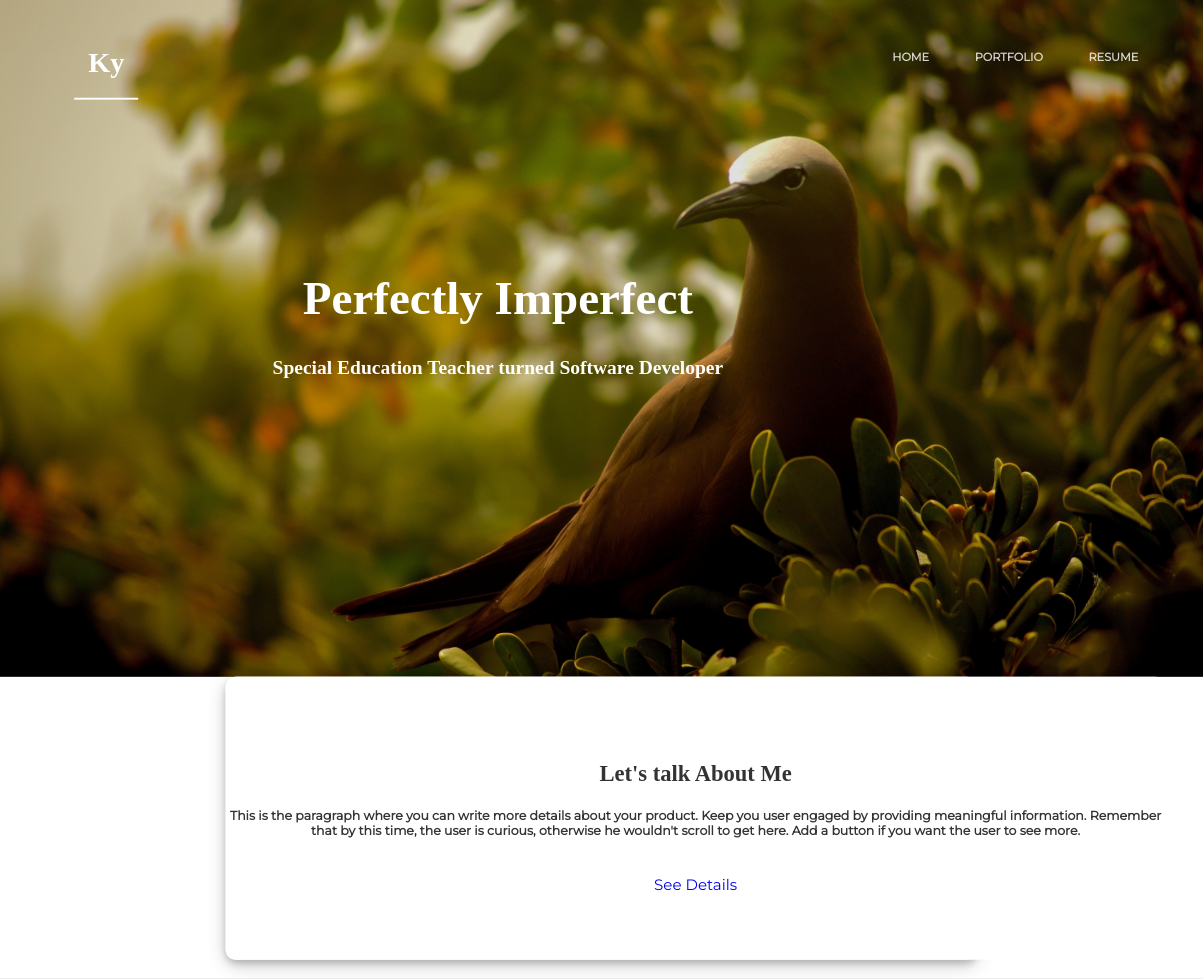
Repository: kkyler24/Perfectly-Imperfect
Page: / (app in imperfect/)
The author's editor kept a copy of each file at every save. The page is drawn from the files as they stood at one save, then again after the next save.
The browser window is 1280 px wide. The pictures show the whole page, at 94% of full size.
Some web fonts or font styles are not loaded; a fallback is used. The project was rebuilt for these pictures with package versions that can differ from the ones it lists, and the page was loaded fresh each time.

Above is the page before, as saved 2020-07-23 22:54:32.

### imperfect/public/index.html
<!DOCTYPE html>
<html lang="en">
  <head>
    <meta charset="utf-8" />
    <link rel="icon" href="%PUBLIC_URL%/favicon.ico" />
    <meta name="viewport" content="width=device-width, initial-scale=1" />
    <meta name="theme-color" content="#000000" />
    <meta
      name="description"
      content="Web site created using create-react-app"
    />
    <link rel="apple-touch-icon" href="%PUBLIC_URL%/logo192.png" />

    <link rel="manifest" href="%PUBLIC_URL%/manifest.json" />

    <link
      href="https://fonts.googleapis.com/css2?family=Montserrat&family=Petit+Formal+Script&display=swap"
      rel="stylesheet"
    />

    <title>React App</title>
  </head>
  <body>
    <noscript>You need to enable JavaScript to run this app.</noscript>
    <div id="root"></div>
  </body>
</html>

### imperfect/src/App.js
import React from "react";
import logo from "./logo.svg";
import "./App.css";
import Nav from "./Components/navbarComponent/navbar.js";
import PGHeader from "./Components/Headerindex/header.js";
import AboutMe from "./Components/aboutMeIndex/aboutme.js";

function App() {
  return (
    <div className="App">
      <Nav />
      <PGHeader />
      <AboutMe />
    </div>
  );
}

export default App;

### imperfect/src/App.css
body {
  color: #66615b;
  font-size: 16px;
  font-weight: 300;
  font-family: Montserrat, Helvetica, Arial, sans-serif;
  box-sizing: border-box;
  display: block;
}

.App-header {
  background-color: #282c34;
  min-height: 100vh;
  display: flex;
  flex-direction: column;
  align-items: center;
  justify-content: center;
  font-size: calc(10px + 2vmin);
  color: white;
}

.App-link {
  color: #61dafb;
}

@keyframes App-logo-spin {
  from {
    transform: rotate(0deg);
  }
  to {
    transform: rotate(360deg);
  }
}

### imperfect/src/Components/navbarComponent/navbar.js
import React from "react";
import "./navbar.css";

function NavBar() {
  return (
    <div>
      <nav
        color-on-scroll="300"
        class="fixed-top navbar-transparent navbar navbar-expand-lg"
      >
        <div class="container-fluid">
          <div class="navbar-translate">
            <a
              id="Kytitle"
              data-placement="bottom"
              target="_blank"
              title="Coded by Creative Tim"
              class="navbar-brand"
              href="#/index"
            >
              Ky
            </a>
            <button aria-expanded="false" class="navbar-toggler navbar-toggler">
              <span class="navbar-toggler-bar bar1"></span>
              <span class="navbar-toggler-bar bar2"></span>
              <span class="navbar-toggler-bar bar3"></span>
            </button>
          </div>
          <div class="justify-content-end collapse navbar-collapse">
            <ul class="navbar-nav">
              <li class="nav-item">
                <a
                  data-placement="bottom"
                  href="https://www.linkedIn"
                  target="_blank"
                  title="Let's connect on LinkedIn"
                  class="nav-link"
                >
                  {/* <i class="fa fa-linkedIn"></i> */}
                </a>
              </li>
              <li class="nav-item">
                <a
                  data-placement="bottom"
                  href="https://www.linkedIn"
                  target="_blank"
                  title="Let's connect on LinkedIn"
                  class="nav-link"
                >
                  {/* <i class="fa fa-linkedIn"></i> */}
                </a>
              </li>
              <li class="nav-item">
                <a
                  data-placement="bottom"
                  href="https://twitter.com/CreativeTim?ref=creativetim"
                  target="_blank"
                  title="Follow us on Twitter"
                  class="nav-link"
                >
                  {/* <i class="fa fa-twitter"></i> */}
                  <p class="d-lg-none"></p>
                </a>
                <li class="nav-item mr-2rem">
                  <a
                    data-placement="bottom"
                    href="https://www.github.com/CreativeTimOfficial?ref=creativetim"
                    target="_blank"
                    title="Star on GitHub"
                    class="nav-link"
                  >
                    {/* <i class="fa fa-github"></i> */}
                    <p class="d-lg-none"></p>
                  </a>
                </li>
              </li>
              <li class="nav-item">
                <a class="nav-link" href="#/index">
                  <i class="nc-icon nc-layout-11"></i> Home
                </a>
              </li>
              <li class="nav-item">
                <a class="nav-link" href="#/index">
                  <i class="nc-icon nc-layout-11"></i> Portfolio
                </a>
              </li>
              <li class="nav-item">
                <a target="_blank" class="nav-link" href="#/documentation">
                  <i class="nc-icon nc-book-bookmark"></i> Resume
                </a>
              </li>

              <li class="nav-item">
                <a
                  data-placement="bottom"
                  href="https://www.github.com/CreativeTimOfficial?ref=creativetim"
                  target="_blank"
                  title="Star on GitHub"
                  class="nav-link"
                >
                  {/* <i class="fa fa-github"></i> */}
                  <p class="d-lg-none"></p>
                </a>
              </li>
            </ul>
          </div>
        </div>
      </nav>
    </div>
  );
}
export default NavBar;

### imperfect/src/Components/Headerindex/header.js
import React from "react";
import "./Indexheader.css";

function PageHeader(props) {
  return (
    <div id="background" className="page-header" data-parallax="true">
      <div className="filter"></div>
      <div className="headerContainer">
        <div className="motto text-center">
          <h1>Perfectly Imperfect</h1>
          <h5>Special Education Teacher turned Software Developer</h5>
          <br />
        </div>
      </div>
    </div>
  );
}
export default PageHeader;

### imperfect/src/Components/aboutMeIndex/aboutme.js
import React from "react";
import "./aboutme.css";

function Aboutme() {
  return (
    <div className=" card aboutMain">
      <div className="sectionAB text-center">
        <div className="ABcontainer">
          <div class="row">
            <div class="ml-auto mr-auto col-md-8">
              <h2 class="titleAB">Let's talk About Me</h2>
              <h5 class="descriptionAB">
                This is the paragraph where you can write more details about
                your product. Keep you user engaged by providing meaningful
                information. Remember that by this time, the user is curious,
                otherwise he wouldn't scroll to get here. Add a button if you
                want the user to see more.
              </h5>
              <br />
              <a href="#pablo" class="btn-round btn btn-info">
                See Details
              </a>
            </div>
          </div>
        </div>
      </div>
    </div>
  );
}
export default Aboutme;

### imperfect/src/Components/navbarComponent/navbar.css
/* navbar */
#Kytitle {
  font-family: "Petit Formal Script", cursive;
  font-size: 30px;
  color: #fff;
  border-bottom: solid 2px rgb(255, 255, 255);
  text-transform: capitalize;
}

.navbar.navbar-transparent {
  background: transparent !important;
  padding-top: 25px;
  box-shadow: none;
}

.navbar.navbar-transparent .navbar-brand {
  color: rgb(20, 3, 3);
}

.navbar .navbar-brand {
  font-weight: 600;
  margin: 5px 0;
  padding: 20px 15px;
  font-size: 14px;
  text-transform: uppercase;
}

.navbar-nav {
  display: flex;
  flex-direction: column;
  padding-left: 0;
  margin-bottom: 0;
  list-style: none;
}
.navbar-brand {
  display: inline-block;
  padding-top: 0.3125rem;
  padding-bottom: 0.3125rem;
  margin-right: 1rem;
  font-size: 1.25rem;
  line-height: inherit;
  white-space: nowrap;
}

.navbar {
  border: 0;
  font-size: 14px;
  padding: 0;
  font-family: "Montserrat", "Helvetica", Arial, sans-serif;
  font-weight: 300;
  align-items: center;
  display: flex;
}
.navbar > .container-fluid {
  display: flex;
  flex-wrap: wrap;
  align-items: center;
  justify-content: space-between;
}

.nav-link {
  display: block;
}

.navbar-toggler {
  padding: 0.25rem 0.75rem;
  font-size: 1.25rem;
  line-height: 1;
  background-color: transparent;
  border: 1px solid transparent;
  border-radius: 0.25rem;
}
button {
  text-transform: none;
  overflow: visible;
  -webkit-font-smoothing: antialiased;
  font-family: "Montserrat", "Helvetica", Arial, sans-serif;
  font-weight: 300;
  margin: 0;
  text-rendering: auto;
  color: -internal-light-dark(buttontext, rgb(170, 170, 170));
  letter-spacing: normal;
  word-spacing: normal;
  text-indent: 0px;
  text-shadow: none;
  display: inline-block;
  text-align: center;
  align-items: flex-start;
  font: 400 13.3333px Arial;
}
.navbar .navbar-toggler .navbar-toggler-bar {
  display: block;
  position: relative;
  width: 24px;
  height: 2px;
  border-radius: 1px;
  margin: 0 auto;
}

.navbar.navbar-transparent .navbar-toggler .navbar-toggler-bar {
  background: #fff !important;
}

.navbar-transparent .navbar-nav .nav-item .nav-link:not(.btn) {
  color: #fff;
  border-color: #fff;
}

.navbar .navbar-toggler .navbar-toggler-bar + .navbar-toggler-bar {
  margin-top: 4px;
}

.navbar .navbar-nav .nav-item .nav-link {
  line-height: 1.6;
  margin: 15px 3px;
  padding: 10px 15px;
  opacity: 0.8;
  font-size: 12px;
  text-transform: uppercase;
  font-weight: 600;
}

.navbar .navbar-nav .nav-item .nav-link p {
  margin: 0;
  text-transform: uppercase;
  font-weight: 600;
  font-size: 12px;
  line-height: 1.5em;
  padding: 15px 0;
}

button:not(:disabled) {
  cursor: pointer;
}

.container-fluid {
  width: 100%;
  padding-right: 15px;
  padding-left: 15px;
  margin-right: 0%;
  margin-left: 5%;
}

.fixed-top {
  position: fixed;
  right: 0;
  left: 0;
  z-index: 1030;
  /* not needed for fixed bottom */
  top: 0;
}

a {
  text-decoration: none;
  background-color: transparent;
}

.collapse:not(.show) {
  display: none;
}

.justify-content-end,
ul {
  justify-content: flex-end !important;
}

.navbar-collapse {
  flex-basis: 100%;
  flex-grow: 1;
  align-items: center;
}

ul {
  margin-top: 0;
}

.navbar .navbar-nav .nav-item .nav-link [class^="fa"] {
  font-size: 17px;
  position: relative;
  right: 5px;
}
.fa {
  width: 18px;
  text-align: center;
}
.fa {
  display: inline-block;
  font: normal normal normal 14px/1 FontAwesome;
  text-rendering: auto;
  -webkit-font-smoothing: antialiased;
}

.nc-icon {
  display: inline-block;
  font: normal normal normal 14px/1 "nucleo-icons";
  font-size: inherit;
  text-transform: none;
  -webkit-font-smoothing: antialiased;
}

.nc-layout-11:before {
  content: "\ea36";
}

.nc-book-bookmark:before {
  content: "\ea0f";
}

.fa-github:before {
  content: "\f09b";
}

:before {
  box-sizing: border-box;
}

.navbar .navbar-collapse .nav-item .nav-link p {
  display: inline;
}

/* media Q navbar */
@media (min-width: 992px) {
  .navbar-expand-lg {
    flex-flow: row nowrap;
    justify-content: flex-start;
  }
  .navbar {
    justify-content: space-between;
  }
}
/* Li */
@media (min-width: 992px) {
  .navbar-expand-lg .navbar-nav {
    flex-direction: row;
  }
}
@media screen and (max-width: 991px) {
  .navbar-collapse ul {
    position: relative;
    z-index: 3;
    height: 95%;
  }
}

@media screen and (max-width: 991px) {
  .navbar-collapse .navbar-nav > .nav-item > .nav-link {
    color: #9a9a9a !important;
  }
}

@media screen and (max-width: 991px) {
  .navbar-collapse {
    position: fixed;
    display: block !important;
    top: 0;
    width: 230px;
    right: 0;
    z-index: 1032;
    visibility: visible;
    background-color: #999;
    overflow-y: visible;
    border-top: none;
    text-align: left;
    border-left: 1px solid #ccc5b9;
    padding-right: 0;
    padding-left: 40px;
    padding-top: 15px;
    transform: translateX(230px);
    transition: all 0.33s cubic-bezier(0.685, 0.0473, 0.346, 1);
  }
}

@media (max-width: 991.98px) {
  .navbar-expand-lg > .container-fluid {
    padding-right: 0;
    padding-left: 0;
  }
}

@media (min-width: 768px) {
  .container-fluid {
    max-width: 720px;
  }
}

@media (min-width: 992px) {
  .container-fluid {
    max-width: 100%;
  }
}

@media screen and (max-width: 991px) {
  .navbar-translate {
    width: 100%;
    position: relative;
    display: flex;
    justify-content: space-between !important;
    align-items: center;
    transform: translateX(0);
    transition: all 0.33s cubic-bezier(0.685, 0.0473, 0.346, 1);
  }
}

@media (min-width: 992px) {
  .navbar-expand-lg .navbar-toggler {
    display: none;
  }
}

@media screen and (max-width: 991px) {
  .navbar-collapse {
    height: 100% !important;
  }
}

@media (min-width: 992px) {
  .navbar-expand-lg .navbar-collapse {
    display: flex !important;
    flex-basis: auto;
  }
}
/*
@media (min-width: 576px) {
  .container-fluid {
    max-width: 540px;
  }
} */

@media (min-width: 992px) {
  .navbar-expand-lg > .container-fluid {
    flex-wrap: nowrap;
  }
}

### imperfect/src/Components/Headerindex/Indexheader.css
#background {
  background-image: url("../../Assets/imgs/brownnoodyGreatbirdisland.jpg");
  background-repeat: no-repeat;
  background-size: cover;
  height: 700px;
}

.page-header {
  background-position: 50%;
  background-size: cover;
  min-height: 100vh;
  max-height: 999px;
  overflow: hidden;
  position: relative;
  width: 100%;
  z-index: 1;
  display: flex;
  align-items: center;
  justify-content: center;
}

.page-header .filter:after {
  background-color: rgba(0, 0, 0, 0.125);
  content: "";
  display: block;
  height: 100%;
  left: 0;
  top: 0;
  position: absolute;
  width: 100%;
  z-index: 1;
}

.page-header .motto {
  z-index: 3;
  color: #fff;
  position: relative;
  width: max-content;
}

.headerContainer {
  font-family: "Petit Formal Script", cursive;
  display: inline-flex;
  width: 100%;
  /* font-weight: 200; */
  padding-right: 15px;
  padding-left: 15px;
  margin-right: auto;
  margin-left: auto;
  font-size: 50px;
  max-width: 700px !important;
}

.text-center {
  text-align: center !important;
}
div {
  display: block;
}

h1 {
  display: block;
  font-size: 2em;
  margin-block-start: 0.67em;
  margin-block-end: 0.67em;
  margin-inline-start: 0px;
  margin-inline-end: 0px;
  font-weight: bold;
}

/* media Q */
@media (min-width: 992px) {
  .headerContainer {
    max-width: 960px;
  }
}

@media (min-width: 768px) {
  .headerContainer {
    max-width: 720px;
  }
}

@media (min-width: 576px) {
  .headerContainer {
    max-width: 540px;
    font-size: 25px;
  }
}

@media (max-width: 576px) {
  .headerContainer {
    display: flex;
    flex-wrap: wrap;
    max-width: 540px !important;
    font-size: 20px;
    text-align: center;
  }
}

### imperfect/src/Components/aboutMeIndex/aboutme.css
.aboutMain .section:first-of-type {
  position: relative;
  z-index: 3;
  position: relative;
  background: #ffffff;
  margin: -60px 30px 0px;
  box-shadow: 0 16px 24px 2px rgba(0, 0, 0, 0.14),
    0 6px 30px 5px rgba(0, 0, 0, 0.12), 0 8px 10px -5px rgba(0, 0, 0, 0.2);
  border-radius: 6px;
  padding: 70px 0;
}

.card,
.aboutMain {
  width: 800px;
  border-radius: 12px;
  box-shadow: 0 4px 8px 0 rgba(0, 0, 0, 0.2), 0 6px 20px 0 rgba(0, 0, 0, 0.19);
  text-align: center;
  background-color: #fff;
  color: #333;
  margin-bottom: 20px;
  position: relative;
  z-index: 3;
  border: 0;
  transition: transform 0.3s cubic-bezier(0.34, 2, 0.6, 1), box-shadow 0.2s ease;
  display: flex;
  flex-direction: column;
  min-width: 0;
  background-clip: border-box;
  /* border: 1px solid rgba(0, 0, 0, 0.25); */
  /* border-radius: 20px; */
  margin-left: auto;
  margin-right: auto;
}

.sectionAB {
  padding: 70px 0;
  background-color: #fff;
  border-radius: 10px;
}

.text-center {
  text-align: center !important;
}

.titleAB {
  font-family: "Petit Formal Script", cursive;
}

.descriptionAB {
  font-family: "Montserrat", sans-serif;
}

@media (max-width: 992px) {
  .sectionAB {
    max-width: 700px;
  }
}

@media (min-width: 992px) {
  .sectionAB {
    width: 1000px;
  }
}

Loaded but not shown: imperfect/src/index.js (common file); imperfect/src/index.css (common file); imperfect/src/serviceWorker.js (common file)

After the next save:
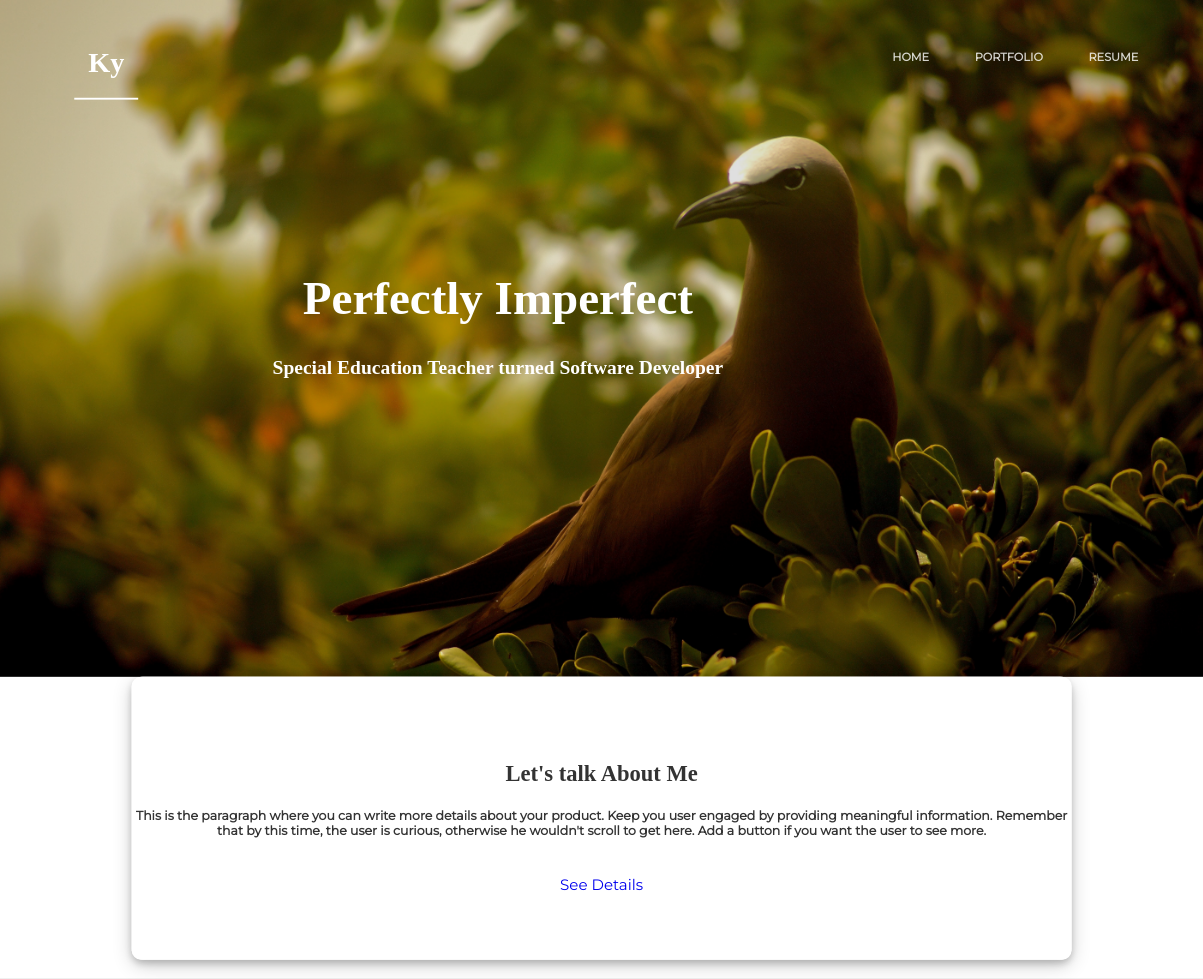
Saved 46 s later.
--- a/imperfect/src/Components/aboutMeIndex/aboutme.css
+++ b/imperfect/src/Components/aboutMeIndex/aboutme.css
@@ -58,7 +58,8 @@
 }
 
 @media (min-width: 992px) {
-  .sectionAB {
+  .sectionAB,
+  .aboutMain {
     width: 1000px;
   }
 }
